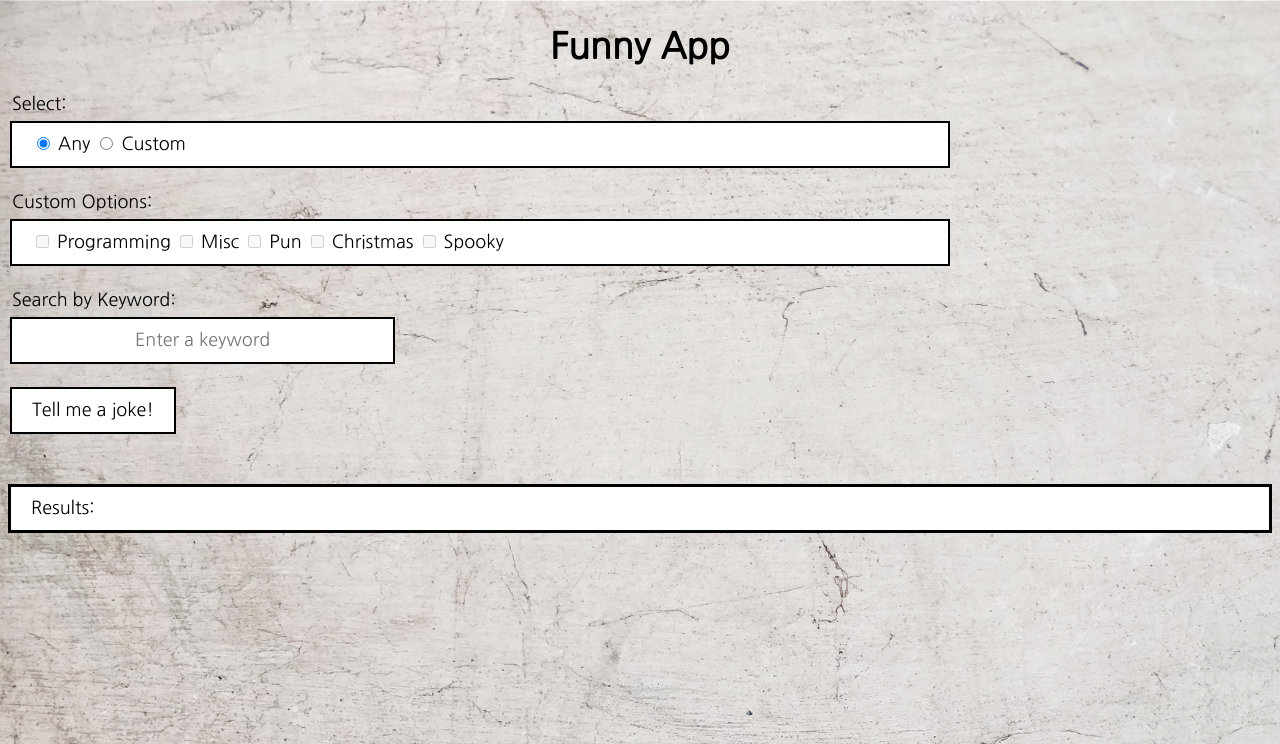
Repository: kaitlynMidori/dadJokeApi
Page: index.html
An editor plug-in stored every save of this project. The page is shown before and after the next save, followed by the edit.
The browser window is 1280 px wide. The pictures show the whole page.
Some web libraries are served in a nearby version.

Above is the page before, as saved 2021-01-08 12:52:29.

After the next save:
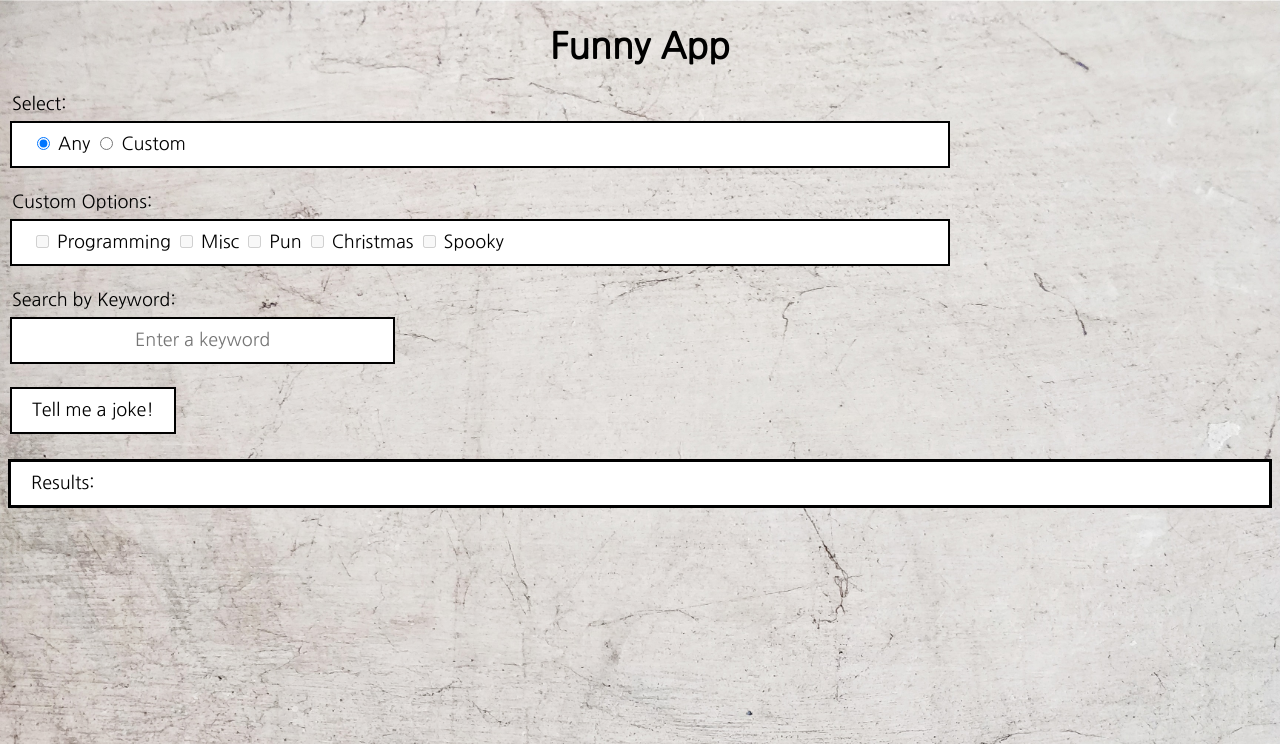
Saved 9 s later.
--- a/style.css
+++ b/style.css
@@ -88,7 +88,7 @@ legend {
     background-color: white;
     border-style: solid;
     border-color: black;
-    margin-top: 50px;
+    margin-top: 25px;
     margin-left: 8px;
     margin-right: 8px;
     padding: 10px 20px;
